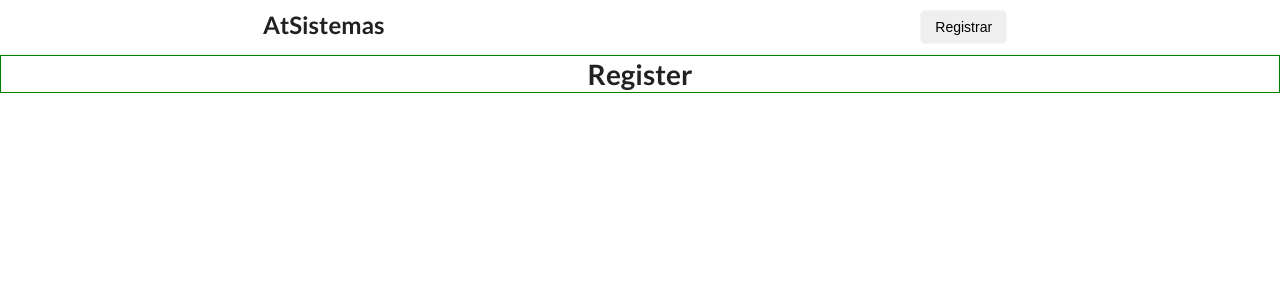
Repository: banchiec/atsistemas
Page: /site/register-site
An editor plug-in stored every save of this project. The page is shown before and after a run of saves, followed by the edit.
The browser window is 1280 px wide. The pictures show the whole page.
The project was rebuilt for these pictures with package versions that can differ from the ones it lists, and the page was loaded fresh each time. Also part of the build but not shown: src/components/SiteCard/SiteCard.js, src/redux/actions/sitesActions.js, src/screens/SiteScreen/SiteScreen.js, src/screens/SiteDetailsScreen/SiteDetailsScreen.js.

Above is the page before, as saved 2022-08-16 13:55:44.

### src/index.js
import React from "react";
import ReactDOM from "react-dom";
import App from "./App";
import store from "./redux/store";
import { Provider } from "react-redux";

ReactDOM.render(
  <React.StrictMode>
    <Provider store={store}>
      <App />
    </Provider>
  </React.StrictMode>,
  document.getElementById("root")
);

### src/App.js
import React from "react";
import { BrowserRouter as Router, Switch, Route } from "react-router-dom";
import SiteScreen from "./screens/SiteScreen/SiteScreen";
import SiteDetailsScreen from './screens/SiteDetailsScreen/SiteDetailsScreen'
import Header from "./components/Header/Header";
import "./App.css";
import RegisterSiteScreen from "./screens/RegisterSiteScreen/RegisterSiteScreen";

function App() {
  return (
    <div className="App">
      <Header/>
      <Router>
        <Switch>
          <Route path="/" exact component={SiteScreen} />
          <Route path="/site/register-site" exact component={RegisterSiteScreen} />
          <Route path="/site/:siteId" exact component={SiteDetailsScreen} />
          <Route>404 Not Found!</Route>
        </Switch>
      </Router>
    </div>
  );
}

export default App;

### src/components/Header/Header.js
import {ContainerHeader} from './headerStyled'

const Header = () => {
  function handleClick(){
    console.log("Object");
  }
	return(
    <ContainerHeader>
      <div>
        <h2>AtSistemas</h2>
      </div>
      <div>
        <button onClick={handleClick}>Registrar</button>
      </div>
    </ContainerHeader>
	)
}
export default Header

### src/App.css
* {
  font-family: "Roboto", sans-serif;
  padding: 0;
  margin: 0;
}

.ui.cards > .card > .image {
  height: 250px;
  padding: 20px;
  background: #fff;
  margin: auto;
}
.ui.cards > .card > .image > img {
  height: 100%;
  max-width: 100%;
  width: auto;
}
.ui.cards > .card > .content > .header {
  height: 48px;
  overflow: hidden;
  margin-bottom: 5px;
}
.ui.cards > .card > .content > .list{
  height: 36px;
  margin-bottom: 0px;
  overflow: hidden;
}
.ui.cards > .card .meta.name{
  margin-bottom: 5px;
  font-size: 18px;
  color: #333;
  font-weight: 600;
}

.ui.cards > .card .meta.name> a {
  font-size: 1.3rem;
  color: #222;
}

.ui.menu.fixed {
  height: 60px;
  padding-top: 15px;
}

.ui.grid.container {
  margin-top: 200px;
}

.ui.grid > .row {
  background: #fff;
}
.ui.grid > .row > .column.lp {
  padding: 20px 40px 20px 20px;
  align-self: flex-start !important;
}
.ui.grid > .row > .column.rp {
  padding: 20px 20px 20px 40px;
  text-align: left;
  align-self: flex-start !important;
}

.ui.grid > .row > .column > img,
.ui.grid > .row > img {
  height: 100%;
}
.ui.placeholder .header:not(:first-child):before,
.ui.placeholder .image:not(:first-child):before,
.ui.placeholder .paragraph:not(:first-child):before {
  display: none;
}

.ui.label,
.ui.labels .label {
  font-size: 22px;
}

.column.rp h1 {
  color: #333;
}
.column.rp p {
  font-size: 18px;
  color: #777;
}
.ui.placeholder.segment .column .button,
.ui.placeholder.segment .column .field,
.ui.placeholder.segment .column textarea,
.ui.placeholder.segment .column > .ui.input {
  background-color: #ff3e6c;
  border: 1px solid #ff3e6c;
  color: #fff;
  font-size: 18px;
  margin-left: 0;
}

### src/screens/RegisterSiteScreen/RegisterSiteScreen.js
import { ContainerRegisterSiteScreen } from "./registerSiteScreenStyled"

const RegisterSiteScreen = () => {
	return(
		<ContainerRegisterSiteScreen>
			<h1>Register</h1>
		</ContainerRegisterSiteScreen>
	)
}
export default RegisterSiteScreen

### src/redux/reducers/index.js
import { combineReducers } from "redux";
import { sitesReducer, selectedSiteReducer } from "./sitesReducer";
const reducers = combineReducers({
  allSites: sitesReducer,
  site: selectedSiteReducer,
});
export default reducers;

### src/components/Header/headerStyled.js
import styled from 'styled-components'

const ContainerHeader = styled.div`
	display: flex;
	flex-direction: row;
	border-bottom: 1px solid whitesmoke;
	justify-content: space-around;
	div {
		padding: 10px;
		button{
			border-radius: 5px;
			padding: 8px 14px 8px 14px;
			border: 1px solid whitesmoke;
			margin: 0px 10px 0px 10px;
			:hover {
				background: black ;
				color: white;
				transition: 1s ease-out;
			}
		}
	}
`
export {
	ContainerHeader
}

### src/screens/RegisterSiteScreen/registerSiteScreenStyled.js
import styled from "styled-components";

export const ContainerRegisterSiteScreen = styled.div`
	display: flex;
	flex-direction: row;
	justify-content: center;
	border: 1px solid green;
`

### src/redux/reducers/sitesReducer.js
import { ActionTypes } from "../constants/action-types";
const intialState = {
  sites: [],
};

export const sitesReducer = (state = intialState, { type, payload }) => {
  switch (type) {
    case ActionTypes.SET_SITES:
      return {
        ...state,
        sites: payload
      };
    default:
      return state;
  }
};

export const selectedSiteReducer = (state = {}, { type, payload }) => {
  switch (type) {
    case ActionTypes.SELECTED_SITE:
      return {
        ...state,
        ...payload
      };
    case ActionTypes.REMOVE_SELECTED_SITE:
      return {};
    default:
      return state;
  }
};

### src/redux/constants/action-types.js
export const ActionTypes = {
  FETCH_SITES: 'FETCH_SITES',
  SET_SITES: "SET_SITES",
  SELECTED_SITE: "SELECTED_SITE",
  REMOVE_SELECTED_SITE: "REMOVE_SELECTED_SITE",
};

Loaded but not shown: public/index.html (common file); src/redux/store.js (common file)

After the next 3 saves:
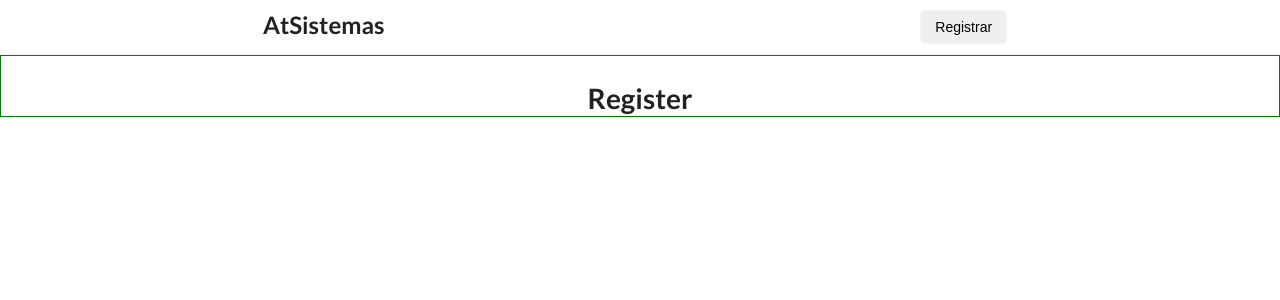
The 3 saves are shown as one change because they came seconds apart.
The last was saved 49 s later.
--- a/src/screens/RegisterSiteScreen/RegisterSiteScreen.js
+++ b/src/screens/RegisterSiteScreen/RegisterSiteScreen.js
@@ -1,8 +1,14 @@
 import { ContainerRegisterSiteScreen } from "./registerSiteScreenStyled"
 
 const RegisterSiteScreen = () => {
+
+	const handleSubmit = () => {
+		console.log("object");
+	}
 	return(
 		<ContainerRegisterSiteScreen>
+			<form onSubmit={handleSubmit}>
+			</form>
 			<h1>Register</h1>
 		</ContainerRegisterSiteScreen>
 	)
